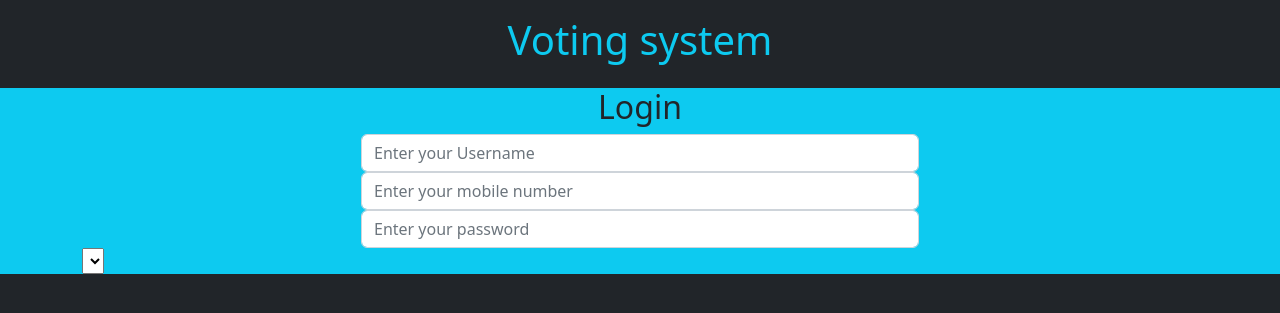
Repository: AvinashLikesToLearnNewStuff/VotingSite
Page: http://localhost/
An editor plug-in stored every save of this project. The page is shown before and after the next save, followed by the edit.
The browser window is 1280 px wide. The pictures show the whole page.
The page is run by PHP 8.4 with error messages shown; the project is at /var/www/html/.

Above is the page before, as saved 2023-03-09 09:55:58.

After the next save:
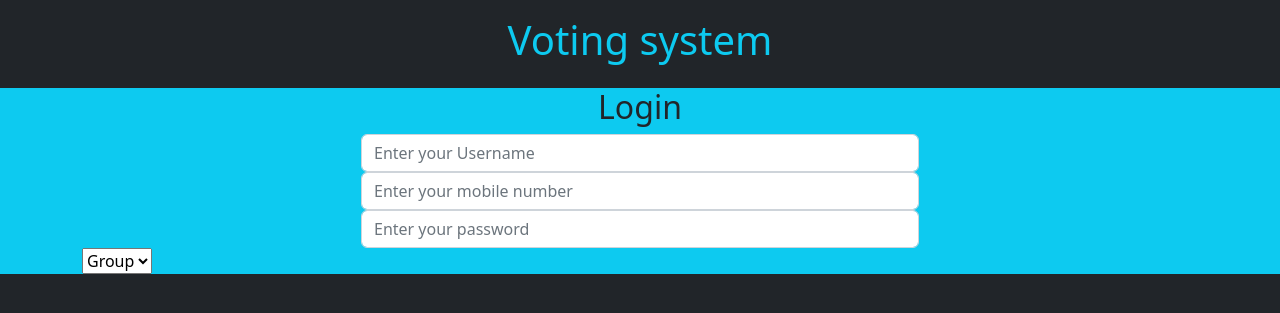
Saved 12 s later.
--- a/index.php
+++ b/index.php
@@ -27,8 +27,8 @@
                 </div>
                 <div class="mb-3">
                     <select name="std" >
-                        <option value="group"></option>
-                        <option value="voter"></option>
+                        <option value="group">Group</option>
+                        <option value="voter">Voter</option>
                     </select>
                 </div>
             </form>
